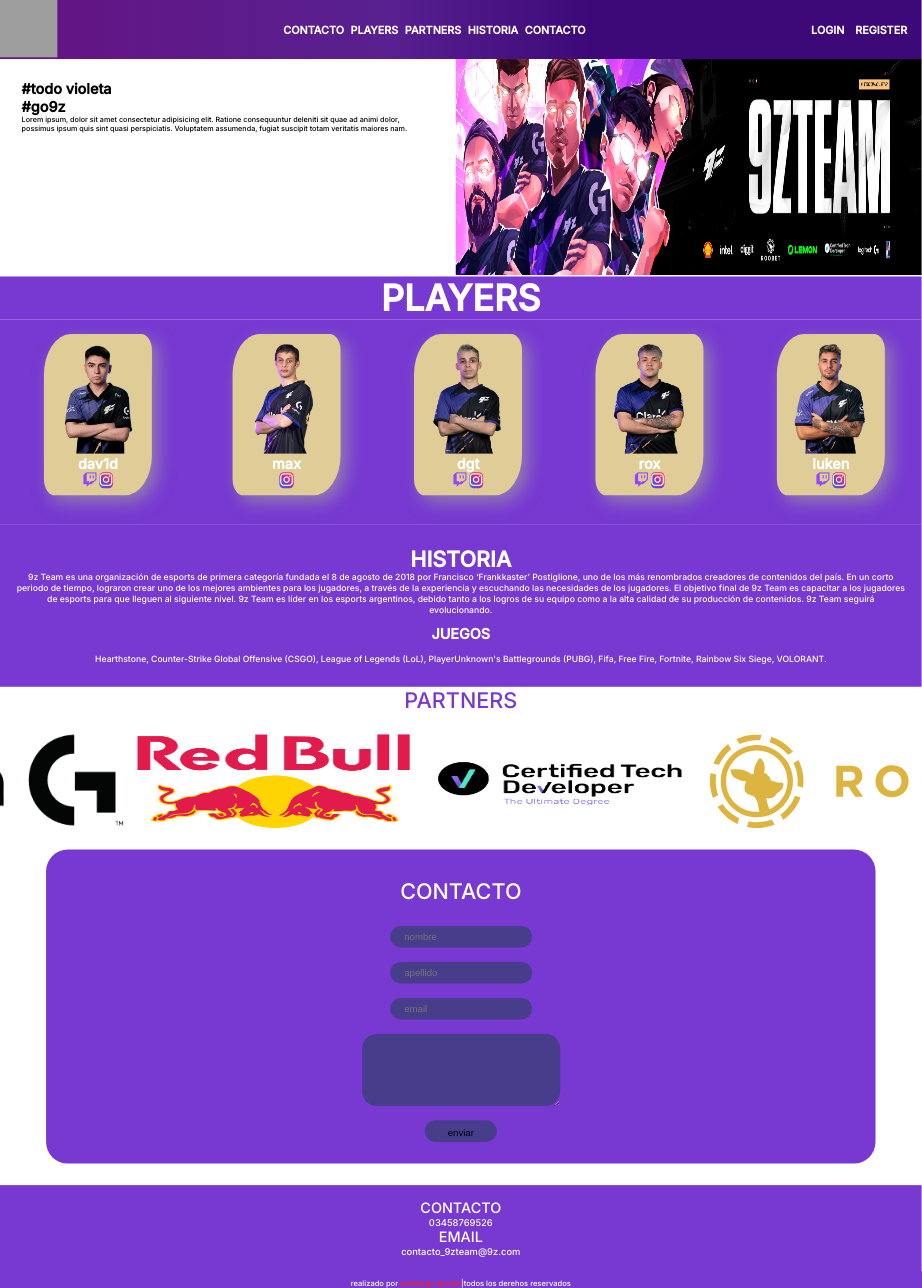
Repository: santig20/trabajo-practico-integrador-nuncba-html-css-
Page: index.html
An editor plug-in stored every save of this project. The page is shown before and after a run of saves, followed by the edit.
The browser window is 1280 px wide. The pictures show the whole page, at 72% of full size.
Pictures or frames that could not be fetched are drawn as grey boxes. Some web libraries are served in a nearby version.

Above is the page before, as saved 2022-06-25 09:40:46.

After the next 2 saves:
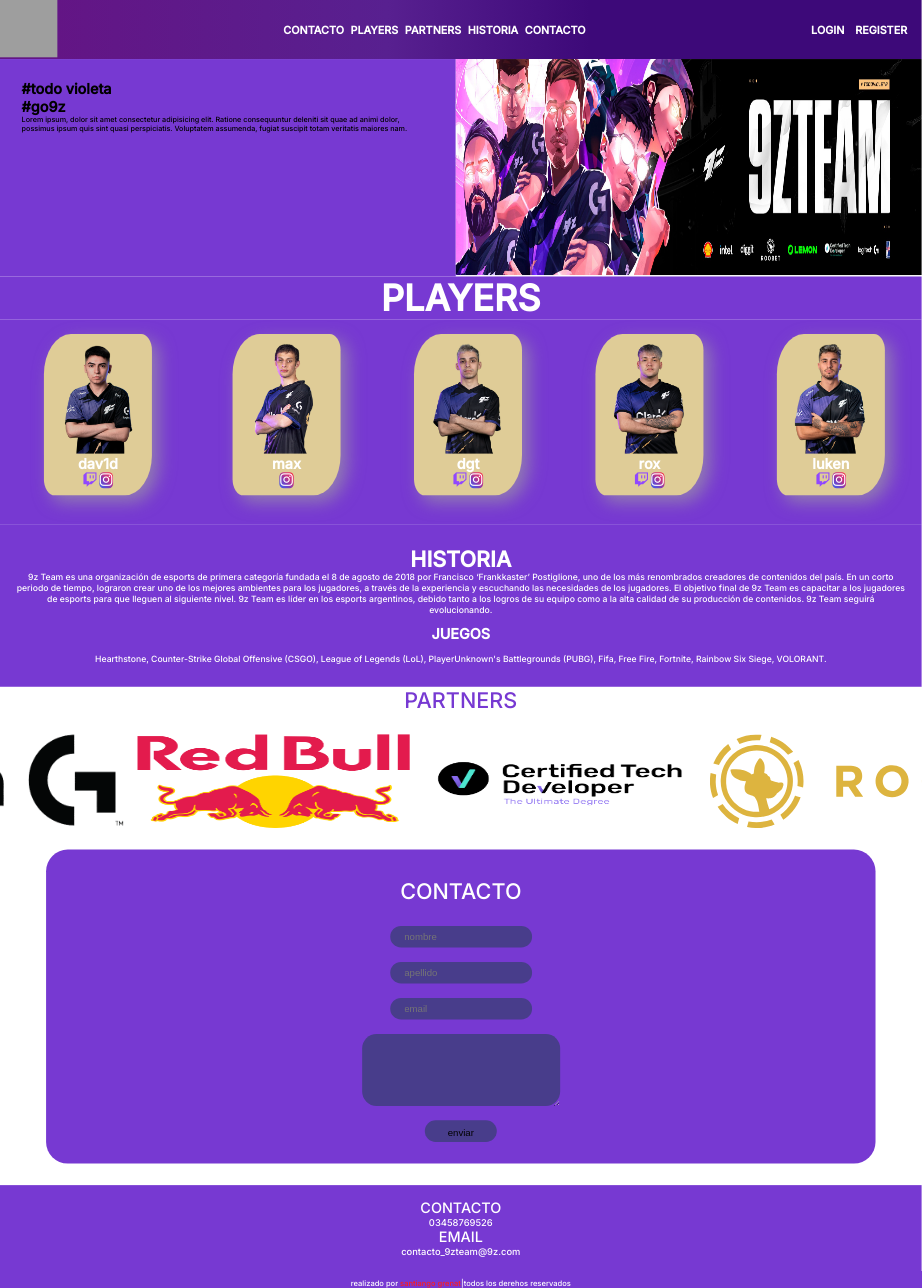
The 2 saves are shown as one change because they came seconds apart.
The last was saved 54 s later.
--- a/desktop.css
+++ b/desktop.css
@@ -19,7 +19,7 @@
         display: flex;
         flex-direction: column;
         padding:   3rem;
-        background-color: ;
+        background-color:#7739d2 ;
 
     }
     .texto_hero h1{
